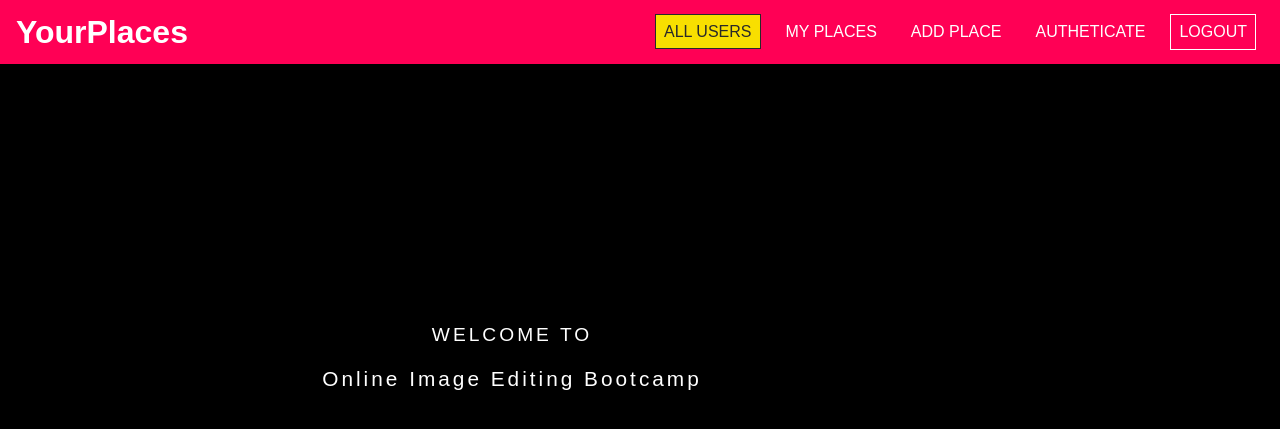
Repository: TanviSanyal/ImageEditingBootcamp
Page: /
An editor plug-in stored every save of this project. The page is shown before and after the next save, followed by the edit.
The browser window is 1280 px wide. The pictures show the whole page.
The project was rebuilt for these pictures with package versions that can differ from the ones it lists, and the page was loaded fresh each time. Also part of the build but not shown: src/shared/components/navigation/SideDrawer.css, src/shared/components/UIElements/Backdrop.css, src/shared/components/UIElements/Backdrop.js.

Above is the page before, as saved 2020-09-26 22:57:53.

After the next save:
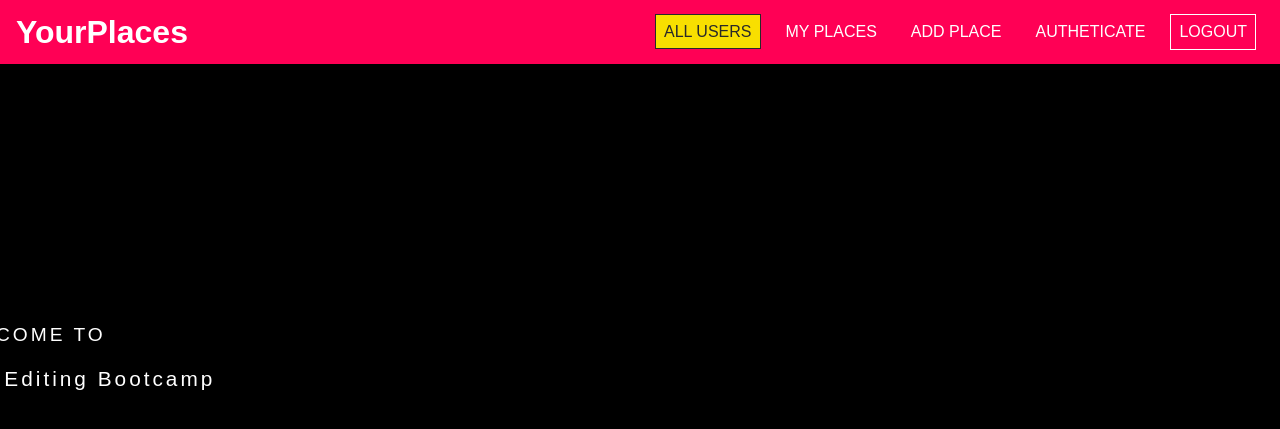
Saved 31 s later.
--- a/src/App.css
+++ b/src/App.css
@@ -7,7 +7,8 @@
   text-align: center;
   position: absolute;
   top: 40%;
-  left:40%;
+  padding-left: 4%;
+
   transform: translate(-50%,-50%);
 }
 
